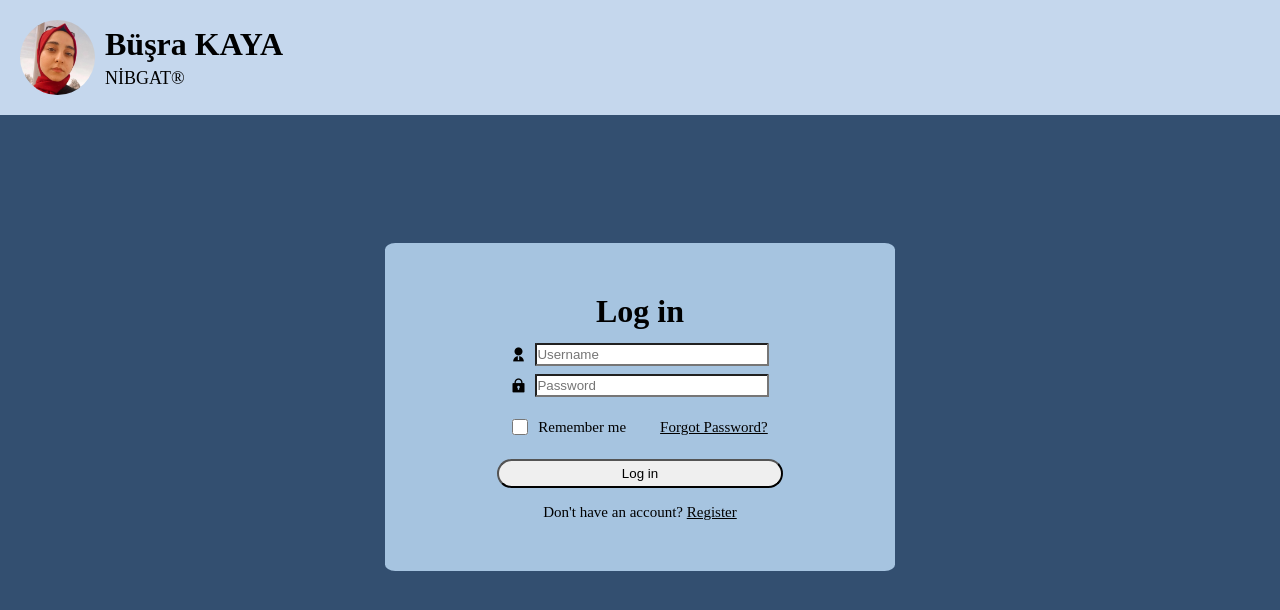
Repository: busra-kayaa/LoginPage
Page: login.html
These files come from the project's save history. The page is drawn as it stood at one moment and after a run of saves; the edit follows.
The browser window is 1280 px wide. The pictures show the whole page.

Above is the page before, as saved 2024-01-13 15:00:32.

### login.html
<!DOCTYPE html>
<html>
    <head>
        <meta name="viewport" content="width=device-width, initial-scale=1.0"> <!--Bu etiket, web siteyi mobil cihazlarda duyarlı hale getirmek için gereklidir.-->
        <meta name="author" content="Büşra Kaya"/>
        <title>Login Page</title>
        <link
            rel="stylesheet"
            href="./style.css"
            type="text/css"
        />
        <link
            rel="stylesheet"
            href="https://cdnjs.cloudflare.com/ajax/libs/remixicon/3.5.0/remixicon.css"
            crossorigin=""
        />  <!--Remixicon ikon kitaplığını bağlamak için bir stil dosyasını içerir.-->
    </head>
    <body>
        <div class="header-container">
            <div
                class="header-left-side-container"
            >
                <img
                    src="./busra.jpg"
                    height="75px"
                    width="75px"
                    class="logo"
                />
                <div class="header-desc-container">
                    <span class="header-title">
                        Büşra KAYA
                    </span>
                    <span class="header-content">
                        NİBGAT®
                    </span>
                </div>
            </div>
        </div>
        <div class="login-from-container">
            <div class ="login-text"><h1>Log in</h1></div>
            <div class="input-group1">
                <i class="ri-user-2-fill"></i>
                <input
                    type="text"
                    placeholder="Username"
                    class="input-text"
                    autocomplete="off"
                />
            </div>
            <div class="input-group2">
                <i class="ri-lock-2-fill"></i>
                <input
                    type="password"
                    placeholder="Password"
                    class="input-text"
                    autocomplete="off"
                />
            </div>
            <div class="login-check">
                <div class="login-check-box">
                   <input
                        type="checkbox"
                        class="login-check-input"
                        id="user-check"
                    />
                   <label for="user-check" class="login-check-label">Remember me</label>
                </div>
                <a href="#" target="_blank" class="login-forgot">Forgot Password?</a>
            </div>
            <button onclick="alert('Başarıyla Giriş Yaptınız.')" type="submit" class="login-button">Log in</button>
            <div class="login-register">
                Don't have an account? <a href="#"  target="_blank">Register</a>
            </div>
        </div>
    </body>
</html>

### style.css

* {
    padding: 0;
    margin: 0;
}

body {
    background-color: #334F70;
}

.header-container {
    justify-content: space-between;
    background-color: #C5D7ED;
    flex-direction: row;
    align-items: center;
    padding: 20px;
    display: flex;
    margin-bottom: 10%;
}

.header-left-side-container {
    flex-direction: row;
    align-items: center;
    display: flex;
}

.logo {
    border-radius: 50%;
    margin-right: 10px;
    max-width: 100%; /* Resmin maksimum genişliği */

}

.header-desc-container {
    display: flex;
    flex-direction: column;
}

.header-title {
    display: flex;
    flex-direction:column;
    font-weight: bold;
    font-size: 2rem;
    margin-bottom: 5px;
}

.header-content {
    font-weight:normal;
    font-size: 18px;
    color:rgb(0, 0, 0);
}

.login-from-container {
    background-color: #A6C4E0;
    display: flex;
    border-radius: 2%;
    flex-direction: column;
    align-items: center;
    text-align: center;
    margin: auto;
    width: 32%;
    padding: 50px;
}

.login-text {
    padding-bottom: 15px;
}

.input-group1 {
    display: grid;
    grid-template-columns: 1fr max-content;
    column-gap: .55rem;
    align-items: center;
    margin-bottom: 3%;
}

.input-group1 i {
    font-size: 100 200 px;
}

.input-group2 {
    display: grid;
    grid-template-columns: 1fr max-content;
    column-gap: .55rem;
    align-items: center;

}

.input-group2 i {
    font-size: 100 200 px;
}

.input-text {
    display: flex;
    flex-direction: column;
    width: 230px;
    height: 100%;
    border-radius: 1%;
}

.login-check,
.login-check-box {
    display: flex;
    justify-content: space-between;
    align-items: center;
}

.login-check {
    font-size: 15px;
    margin-top: 1rem;
    margin-bottom: 1rem;
    gap: 34px;
}

.login-check-box {
    column-gap: 10px;
}

.login-check-input {
    width: 1rem;
    height: 2rem;
}

.login-forgot {
    color: black;
}

.login-forgot:hover {
    text-decoration: underline;
}

.login-button {
    width: 70%;
    padding: 5px;
    margin-bottom: 1rem;
    border-radius: 4rem;
    color: var(--black-color);
    font-weight: 500;
}

.login-button:hover {
    background-color: var(--highlight-color);
    color: var(--white-color);
}

.login-button:hover {
    opacity: 0.75;
    cursor: pointer;
}

.login-button:active {
    transform: translateY(2px);
}

.login-register {
    font-size: 15px;
    text-align: center;
}

.login-register a {
    color: var(--white-color);
    font-weight: 500;
}

.login-register a:hover {
    text-decoration: underline;
}

After the next 5 saves:
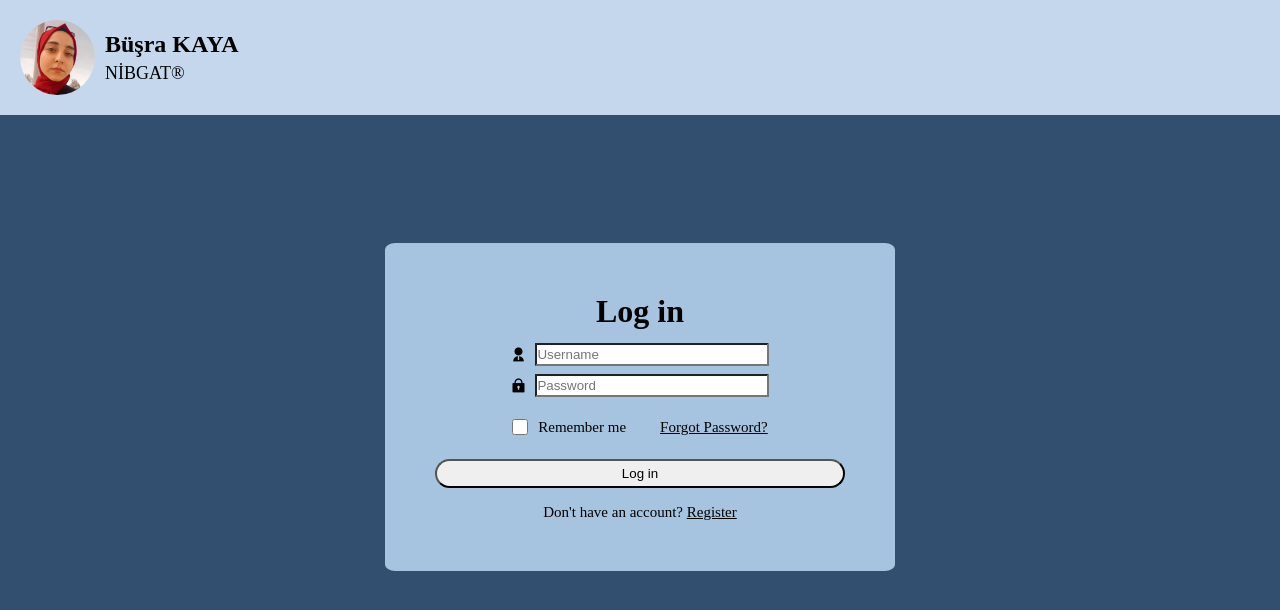
The 5 saves are shown as one change because they came seconds apart.
The last was saved 73 s later.
--- a/style.css
+++ b/style.css
@@ -40,7 +40,7 @@ body {
     display: flex;
     flex-direction:column;
     font-weight: bold;
-    font-size: 2rem;
+    font-size: 24px;
     margin-bottom: 5px;
 }
 
@@ -130,7 +130,7 @@ body {
 }
 
 .login-button {
-    width: 70%;
+    width: 100%;
     padding: 5px;
     margin-bottom: 1rem;
     border-radius: 4rem;
